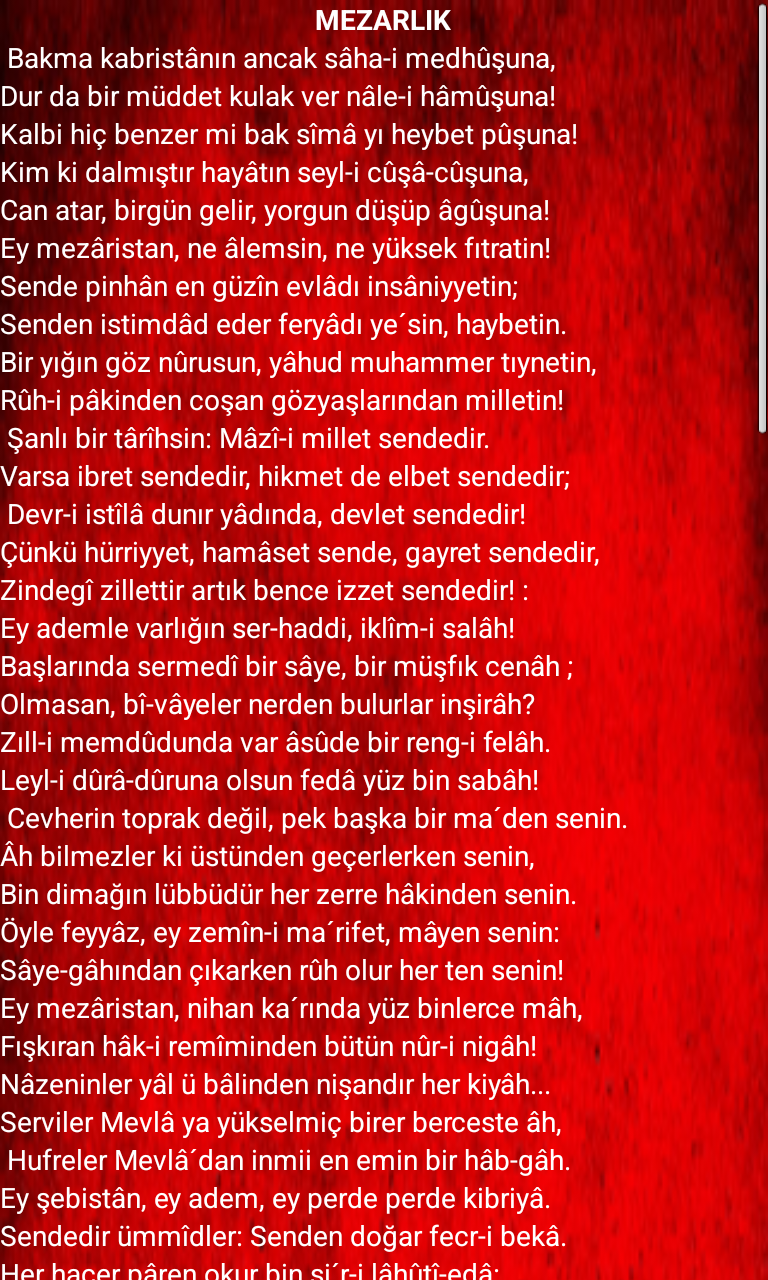
Repository: dokayazilim/Safahat-Android--Uygulamasi
Layout: safahat(android)/Safahat/res/layout/kitap9.xml
The author's editor kept a copy of each file at every save. The layout is drawn from the files as they stood at one save, then again after the next save.
It is drawn on a 768 x 1280 px phone screen (xhdpi) without system bars, with theme android:Theme; the app's code is not run.

Above is the layout before, as saved 2012-09-06 11:14:35.

### safahat(android)/Safahat/res/layout/kitap9.xml
<?xml version="1.0" encoding="utf-8"?>
<ScrollView    android:id="@+id/widget1"    android:layout_width="fill_parent"    android:layout_height="fill_parent"    xmlns:android="http://schemas.android.com/apk/res/android"    >
<LinearLayout xmlns:android="http://schemas.android.com/apk/res/android"
    android:layout_width="fill_parent"
    android:layout_height="fill_parent"
    android:orientation="vertical" android:background="@drawable/androidturk">

    <TextView
        android:id="@+id/textView1"
        android:layout_width="wrap_content"
        android:layout_height="wrap_content"
        android:text="MEZARLIK" android:textColor="#ffffff" android:layout_gravity="center" android:textStyle="bold"/>
<TextView
        android:id="@+id/textView2"
        android:layout_width="wrap_content"
        android:layout_height="wrap_content"
        android:text="
Bakma kabristânın ancak sâha-i medhûşuna,
" android:textColor="#ffffff" />
<TextView
        android:id="@+id/textView3"
        android:layout_width="wrap_content"
        android:layout_height="wrap_content"
        android:text="Dur da bir müddet kulak ver nâle-i hâmûşuna! " android:textColor="#ffffff" />
<TextView
        android:id="@+id/textView4"
        android:layout_width="wrap_content"
        android:layout_height="wrap_content"
        android:text="Kalbi hiç benzer mi bak sîmâ yı heybet pûşuna! " android:textColor="#ffffff" />
<TextView
        android:id="@+id/textView5"
        android:layout_width="wrap_content"
        android:layout_height="wrap_content"
        android:text="Kim ki dalmıştır hayâtın seyl-i cûşâ-cûşuna, " android:textColor="#ffffff" />
<TextView
        android:id="@+id/textView6"
        android:layout_width="wrap_content"
        android:layout_height="wrap_content"
        android:text="Can atar, birgün gelir, yorgun düşüp âgûşuna! " android:textColor="#ffffff" />
<TextView
        android:id="@+id/textView7"
        android:layout_width="wrap_content"
        android:layout_height="wrap_content"
        android:text="Ey mezâristan, ne âlemsin, ne yüksek fıtratin! " android:textColor="#ffffff" />
<TextView
        android:id="@+id/textView8"
        android:layout_width="wrap_content"
        android:layout_height="wrap_content"
        android:text="Sende pinhân en güzîn evlâdı insâniyyetin;
" android:textColor="#ffffff" />
<TextView
        android:id="@+id/textView9"
        android:layout_width="wrap_content"
        android:layout_height="wrap_content"
        android:text="Senden istimdâd eder feryâdı ye´sin, haybetin. " android:textColor="#ffffff" />
<TextView
        android:id="@+id/textView10"
        android:layout_width="wrap_content"
        android:layout_height="wrap_content"
        android:text="Bir yığın göz nûrusun, yâhud muhammer tıynetin,
" android:textColor="#ffffff" />
<TextView
        android:id="@+id/textView11"
        android:layout_width="wrap_content"
        android:layout_height="wrap_content"
        android:text="Rûh-i pâkinden coşan gözyaşlarından milletin! " android:textColor="#ffffff" />
<TextView
        android:id="@+id/textView12"
        android:layout_width="wrap_content"
        android:layout_height="wrap_content"
        android:text="
Şanlı bir târîhsin: Mâzî-i millet sendedir.
" android:textColor="#ffffff" />
<TextView
        android:id="@+id/textView13"
        android:layout_width="wrap_content"
        android:layout_height="wrap_content"
        android:text="Varsa ibret sendedir, hikmet de elbet sendedir; " android:textColor="#ffffff" />
<TextView
        android:id="@+id/textView14"
        android:layout_width="wrap_content"
        android:layout_height="wrap_content"
        android:text="
Devr-i istîlâ dunır yâdında, devlet sendedir!
" android:textColor="#ffffff" />
<TextView
        android:id="@+id/textView15"
        android:layout_width="wrap_content"
        android:layout_height="wrap_content"
        android:text="Çünkü hürriyyet, hamâset sende, gayret sendedir, " android:textColor="#ffffff" />
<TextView
        android:id="@+id/textView16"
        android:layout_width="wrap_content"
        android:layout_height="wrap_content"
        android:text="Zindegî zillettir artık bence izzet sendedir! :" android:textColor="#ffffff" />
<TextView
        android:id="@+id/textView17"
        android:layout_width="wrap_content"
        android:layout_height="wrap_content"
        android:text="Ey ademle varlığın ser-haddi, iklîm-i salâh! " android:textColor="#ffffff" />
<TextView
        android:id="@+id/textView18"
        android:layout_width="wrap_content"
        android:layout_height="wrap_content"
        android:text="Başlarında sermedî bir sâye, bir müşfık cenâh ;" android:textColor="#ffffff" />
<TextView
        android:id="@+id/textView19"
        android:layout_width="wrap_content"
        android:layout_height="wrap_content"
        android:text="Olmasan, bî-vâyeler nerden bulurlar inşirâh? " android:textColor="#ffffff" />
<TextView
        android:id="@+id/textView20"
        android:layout_width="wrap_content"
        android:layout_height="wrap_content"
        android:text="Zıll-i memdûdunda var âsûde bir reng-i felâh. " android:textColor="#ffffff" />
<TextView
        android:id="@+id/textView21"
        android:layout_width="wrap_content"
        android:layout_height="wrap_content"
        android:text="Leyl-i dûrâ-dûruna olsun fedâ yüz bin sabâh! " android:textColor="#ffffff" />
<TextView
        android:id="@+id/textView22"
        android:layout_width="wrap_content"
        android:layout_height="wrap_content"
        android:text="
Cevherin toprak değil, pek başka bir ma´den senin.
" android:textColor="#ffffff" />
<TextView
        android:id="@+id/textView23"
        android:layout_width="wrap_content"
        android:layout_height="wrap_content"
        android:text="Âh bilmezler ki üstünden geçerlerken senin, " android:textColor="#ffffff" />
<TextView
        android:id="@+id/textView24"
        android:layout_width="wrap_content"
        android:layout_height="wrap_content"
        android:text="Bin dimağın lübbüdür her zerre hâkinden senin.
" android:textColor="#ffffff" />
<TextView
        android:id="@+id/textView25"
        android:layout_width="wrap_content"
        android:layout_height="wrap_content"
        android:text="Öyle feyyâz, ey zemîn-i ma´rifet, mâyen senin: " android:textColor="#ffffff" />
<TextView
        android:id="@+id/textView26"
        android:layout_width="wrap_content"
        android:layout_height="wrap_content"
        android:text="Sâye-gâhından çıkarken rûh olur her ten senin! " android:textColor="#ffffff" />
<TextView
        android:id="@+id/textView27"
        android:layout_width="wrap_content"
        android:layout_height="wrap_content"
        android:text="Ey mezâristan, nihan ka´rında yüz binlerce mâh, " android:textColor="#ffffff" />
<TextView
        android:id="@+id/textView28"
        android:layout_width="wrap_content"
        android:layout_height="wrap_content"
        android:text="Fışkıran hâk-i remîminden bütün nûr-i nigâh! " android:textColor="#ffffff" />
<TextView
        android:id="@+id/textView29"
        android:layout_width="wrap_content"
        android:layout_height="wrap_content"
        android:text="Nâzeninler yâl ü bâlinden nişandır her kiyâh... " android:textColor="#ffffff" />
<TextView
        android:id="@+id/textView30"
        android:layout_width="wrap_content"
        android:layout_height="wrap_content"
        android:text="Serviler Mevlâ ya yükselmiç birer berceste âh, " android:textColor="#ffffff" />
<TextView
        android:id="@+id/textView31"
        android:layout_width="wrap_content"
        android:layout_height="wrap_content"
        android:text="
Hufreler Mevlâ´dan inmii en emin bir hâb-gâh.
" android:textColor="#ffffff" />
<TextView
        android:id="@+id/textView32"
        android:layout_width="wrap_content"
        android:layout_height="wrap_content"
        android:text="Ey şebistân, ey adem, ey perde perde kibriyâ. " android:textColor="#ffffff" />
<TextView
        android:id="@+id/textView33"
        android:layout_width="wrap_content"
        android:layout_height="wrap_content"
        android:text="Sendedir ümmîdler: Senden doğar fecr-i bekâ. " android:textColor="#ffffff" />
<TextView
        android:id="@+id/textView34"
        android:layout_width="wrap_content"
        android:layout_height="wrap_content"
        android:text="Her hacer pâren okur bin şi´r-i lâhûtî-edâ; " android:textColor="#ffffff" />
<TextView
        android:id="@+id/textView35"
        android:layout_width="wrap_content"
        android:layout_height="wrap_content"
        android:text="Her neşîden rûhu eyler sennediyyet-âçinâ. " android:textColor="#ffffff" />
<TextView
        android:id="@+id/textView36"
        android:layout_width="wrap_content"
        android:layout_height="wrap_content"
        android:text="Ey semâvî hâk, benden bin selâm olsun sana. " android:textColor="#ffffff" />
<TextView
        android:id="@+id/textView37"
        android:layout_width="wrap_content"
        android:layout_height="wrap_content"
        android:text="
Sıkınca rûhumu ba´zen metâlibiyle hayât,
" android:textColor="#ffffff" />
<TextView
        android:id="@+id/textView38"
        android:layout_width="wrap_content"
        android:layout_height="wrap_content"
        android:text="Olur yegâne mesîrem mahalle-i emvât. " android:textColor="#ffffff" />
<TextView
        android:id="@+id/textView39"
        android:layout_width="wrap_content"
        android:layout_height="wrap_content"
        android:text="Muhît-i velvele-dârında zindegânînin, " android:textColor="#ffffff" />
<TextView
        android:id="@+id/textView40"
        android:layout_width="wrap_content"
        android:layout_height="wrap_content"
        android:text="
Ferâğ-ı dâimi yoktur hayât-ı sânînin.
" android:textColor="#ffffff" />
<TextView
        android:id="@+id/textView41"
        android:layout_width="wrap_content"
        android:layout_height="wrap_content"
        android:text="Ne levs-i hırs ü mezellet zemîn-i pâkinde, " android:textColor="#ffffff" />
<TextView
        android:id="@+id/textView42"
        android:layout_width="wrap_content"
        android:layout_height="wrap_content"
        android:text="Ne hây ü hûy-i maîşet harîm-i hâkinde, " android:textColor="#ffffff" />
<TextView
        android:id="@+id/textView43"
        android:layout_width="wrap_content"
        android:layout_height="wrap_content"
        android:text="Bu kâinât-ı huzûnın fezâ yı sâmitini " android:textColor="#ffffff" />
<TextView
        android:id="@+id/textView44"
        android:layout_width="wrap_content"
        android:layout_height="wrap_content"
        android:text="Görünce, ömr-i perîşânımın merâretini, " android:textColor="#ffffff" />
<TextView
        android:id="@+id/textView45"
        android:layout_width="wrap_content"
        android:layout_height="wrap_content"
        android:text="Velev bir ân için olsun atıp hayâlimden, " android:textColor="#ffffff" />
<TextView
        android:id="@+id/textView46"
        android:layout_width="wrap_content"
        android:layout_height="wrap_content"
        android:text="Uzaklaşır giderim mâsivâya artık ben. " android:textColor="#ffffff" />
<TextView
        android:id="@+id/textView47"
        android:layout_width="wrap_content"
        android:layout_height="wrap_content"
        android:text="Şu mâsivâ denilen kayd-ı ukde ber-ukde " android:textColor="#ffffff" />
<TextView
        android:id="@+id/textView48"
        android:layout_width="wrap_content"
        android:layout_height="wrap_content"
        android:text="Kırılmadan olamaz ruh bir dem âsûde.  " android:textColor="#ffffff" />
<TextView
        android:id="@+id/textView49"
        android:layout_width="wrap_content"
        android:layout_height="wrap_content"
        android:text="Fakat kırılmak için böyle bir zemîn ister... " android:textColor="#ffffff" />
<TextView
        android:id="@+id/textView50"
        android:layout_width="wrap_content"
        android:layout_height="wrap_content"
        android:text="Zemîn değil yalınız, kalb-i âhenin ister! " android:textColor="#ffffff" />
<TextView
        android:id="@+id/textView51"
        android:layout_width="wrap_content"
        android:layout_height="wrap_content"
        android:text="Geçen sabâh idi Eyyûb´a doğru çıkmıştım. " android:textColor="#ffffff" />
<TextView
        android:id="@+id/textView52"
        android:layout_width="wrap_content"
        android:layout_height="wrap_content"
        android:text="Aşıp da sûrunu şehrin atınca birkaç adım, " android:textColor="#ffffff" />
<TextView
        android:id="@+id/textView53"
        android:layout_width="wrap_content"
        android:layout_height="wrap_content"
        android:text="
Ufuk değişti, önümden çekildi eski cihan;
" android:textColor="#ffffff" />
<TextView
        android:id="@+id/textView54"
        android:layout_width="wrap_content"
        android:layout_height="wrap_content"
        android:text="
Göründü karşıda füshat-serâ yı kabristan.
" android:textColor="#ffffff" />
<TextView
        android:id="@+id/textView55"
        android:layout_width="wrap_content"
        android:layout_height="wrap_content"
        android:text="Fakat o bir koca deryâ-yı sermediyyet idi, " android:textColor="#ffffff" />
<TextView
        android:id="@+id/textView56"
        android:layout_width="wrap_content"
        android:layout_height="wrap_content"
        android:text="Ki her haziyre-i sengîni mevc-i müncemidi! " android:textColor="#ffffff" />
<TextView
        android:id="@+id/textView57"
        android:layout_width="wrap_content"
        android:layout_height="wrap_content"
        android:text="Kenarda durmıyarak girdim en derin yerine, " android:textColor="#ffffff" />
<TextView
        android:id="@+id/textView58"
        android:layout_width="wrap_content"
        android:layout_height="wrap_content"
        android:text="Oturdum arkamı verdim de taşlann birine. " android:textColor="#ffffff" />
<TextView
        android:id="@+id/textView59"
        android:layout_width="wrap_content"
        android:layout_height="wrap_content"
        android:text="Ridâ-yı samte bürünmüş bütün yesâr ü yemîn, " android:textColor="#ffffff" />
<TextView
        android:id="@+id/textView60"
        android:layout_width="wrap_content"
        android:layout_height="wrap_content"
        android:text="Huzûr içinde ağaçlar, sükûn içinde zemîn. " android:textColor="#ffffff" />
<TextView
        android:id="@+id/textView61"
        android:layout_width="wrap_content"
        android:layout_height="wrap_content"
        android:text="
Bütün o yükselen emvâc, o bî-nihâye deniz,
" android:textColor="#ffffff" />
<TextView
        android:id="@+id/textView62"
        android:layout_width="wrap_content"
        android:layout_height="wrap_content"
        android:text="Derin bir uykuya dalmıştı, her taraf sessiz. " android:textColor="#ffffff" />
<TextView
        android:id="@+id/textView63"
        android:layout_width="wrap_content"
        android:layout_height="wrap_content"
        android:text="Yavaş yavaş açılıp perde-i likâ yı muhit; " android:textColor="#ffffff" />
<TextView
        android:id="@+id/textView64"
        android:layout_width="wrap_content"
        android:layout_height="wrap_content"
        android:text="
Harîm-i rûhumu doldurdu kibriyâ-yı muhit.
" android:textColor="#ffffff" />
<TextView
        android:id="@+id/textView65"
        android:layout_width="wrap_content"
        android:layout_height="wrap_content"
        android:text="Fakat bu beste-i lâhût nerden aksediyor, " android:textColor="#ffffff" />
<TextView
        android:id="@+id/textView66"
        android:layout_width="wrap_content"
        android:layout_height="wrap_content"
        android:text="Ki 'Ellezî halâka´l-mevte ve´l-hayâte... ' diyor? " android:textColor="#ffffff" />
<TextView
        android:id="@+id/textView67"
        android:layout_width="wrap_content"
        android:layout_height="wrap_content"
        android:text="Nedir samîm-i sükûnette böyle bir feryâd? " android:textColor="#ffffff" />
<TextView
        android:id="@+id/textView68"
        android:layout_width="wrap_content"
        android:layout_height="wrap_content"
        android:text="Neşîde Hâlik´ın, ammâ kim eyliyor inşâd? " android:textColor="#ffffff" />
<TextView
        android:id="@+id/textView69"
        android:layout_width="wrap_content"
        android:layout_height="wrap_content"
        android:text="Zaman zaman ederek yükselen terâne hurûş, " android:textColor="#ffffff" />
<TextView
        android:id="@+id/textView70"
        android:layout_width="wrap_content"
        android:layout_height="wrap_content"
        android:text="Enîne başladı nâgâh kâinât-ı hamûş! " android:textColor="#ffffff" />
<TextView
        android:id="@+id/textView71"
        android:layout_width="wrap_content"
        android:layout_height="wrap_content"
        android:text="O serviler müteheyyic cemâ´at-i kübrâ " android:textColor="#ffffff" />
<TextView
        android:id="@+id/textView72"
        android:layout_width="wrap_content"
        android:layout_height="wrap_content"
        android:text="Kesildi... Her birisinden duyuldu aynı sadâ. " android:textColor="#ffffff" />
<TextView
        android:id="@+id/textView73"
        android:layout_width="wrap_content"
        android:layout_height="wrap_content"
        android:text="Mekâbir inledi, taşlar birer lisân oldu; " android:textColor="#ffffff" />
<TextView
        android:id="@+id/textView74"
        android:layout_width="wrap_content"
        android:layout_height="wrap_content"
        android:text="Kitâbeler de o taşlarla hem-zebân oldu. " android:textColor="#ffffff" />
<TextView
        android:id="@+id/textView75"
        android:layout_width="wrap_content"
        android:layout_height="wrap_content"
        android:text="Görünce zinde bütün mahşer-i heyûlâyı, " android:textColor="#ffffff" />
<TextView
        android:id="@+id/textView76"
        android:layout_width="wrap_content"
        android:layout_height="wrap_content"
        android:text="Mezâra rûh veren nefh-i pâk-i Mevlâyı, " android:textColor="#ffffff" />
<TextView
        android:id="@+id/textView77"
        android:layout_width="wrap_content"
        android:layout_height="wrap_content"
        android:text="Hayâle daldım; o füshat-serâ yı dûrâ-dûr " android:textColor="#ffffff" />
<TextView
        android:id="@+id/textView78"
        android:layout_width="wrap_content"
        android:layout_height="wrap_content"
        android:text="Göründü dîde-i medhûşa bir cihân-ı nüşûr! " android:textColor="#ffffff" />
<TextView
        android:id="@+id/textView79"
        android:layout_width="wrap_content"
        android:layout_height="wrap_content"
        android:text="Kefen be-dûş-i bekâ bî-nihâye ecsâdın, " android:textColor="#ffffff" />
<TextView
        android:id="@+id/textView80"
        android:layout_width="wrap_content"
        android:layout_height="wrap_content"
        android:text="O, dehri hîçe sayan, kârbân-ı ecdâdın" android:textColor="#ffffff" />
<TextView
        android:id="@+id/textView81"
        android:layout_width="wrap_content"
        android:layout_height="wrap_content"
        android:text="
Akın akın geçerek pîşgâh-ı izzette,
" android:textColor="#ffffff" />
<TextView
        android:id="@+id/textView82"
        android:layout_width="wrap_content"
        android:layout_height="wrap_content"
        android:text="-Muhît-i havf ü recâdan makâm-ı hayrette- " android:textColor="#ffffff" />
<TextView
        android:id="@+id/textView83"
        android:layout_width="wrap_content"
        android:layout_height="wrap_content"
        android:text="Kıyâm-ı aczini seyreyledim... Ne dehşetmiş " android:textColor="#ffffff" />
<TextView
        android:id="@+id/textView84"
        android:layout_width="wrap_content"
        android:layout_height="wrap_content"
        android:text="Sücûd-i hilkati görmek huzûr-i kudrette! " android:textColor="#ffffff" />
<TextView
        android:id="@+id/textView85"
        android:layout_width="wrap_content"
        android:layout_height="wrap_content"
        android:text="Bu herc ü merc-i kıyâmet-nümûna hâkim olan " android:textColor="#ffffff" />
<TextView
        android:id="@+id/textView86"
        android:layout_width="wrap_content"
        android:layout_height="wrap_content"
        android:text="Hatîb-i âlem-i ulvî nihâyet oldu iyan:
Gözüm, uzaktaki bir medfenin ayak ucuna
" android:textColor="#ffffff" />
<TextView
        android:id="@+id/textView87"
        android:layout_width="wrap_content"
        android:layout_height="wrap_content"
        android:text="Çöküp ziyâret eden, bir çocukla bir kadına " android:textColor="#ffffff" />
<TextView
        android:id="@+id/textView88"
        android:layout_width="wrap_content"
        android:layout_height="wrap_content"
        android:text="İlişti. Sonra biraz yaklaşınca, iyiden iyi
Tezâhür eyledi: Baktım, çocuk Tebâreke' yi
" android:textColor="#ffffff" />
<TextView
        android:id="@+id/textView89"
        android:layout_width="wrap_content"
        android:layout_height="wrap_content"
        android:text="Evet, bu yavruların hepsi, pür sürûd-i şebâb," android:textColor="#ffffff" />
<TextView
        android:id="@+id/textView90"
        android:layout_width="wrap_content"
        android:layout_height="wrap_content"
        android:text="Eder dururdu birer âşiyân-ı nûra şitâb." android:textColor="#ffffff" />
<TextView
        android:id="@+id/textView91"
        android:layout_width="wrap_content"
        android:layout_height="wrap_content"
        android:text="Birazdan oynıyacak hepsi bunların, ne iyi!" android:textColor="#ffffff" />
<TextView
        android:id="@+id/textView92"
        android:layout_width="wrap_content"
        android:layout_height="wrap_content"
        android:text="Fakat Hasan, babasından kalan o pis küfeyi," android:textColor="#ffffff" />
<TextView
        android:id="@+id/textView93"
        android:layout_width="wrap_content"
        android:layout_height="wrap_content"
        android:text="-Ki ezmek istedi görmekle reh-güzârında-" android:textColor="#ffffff" />
<TextView
        android:id="@+id/textView94"
        android:layout_width="wrap_content"
        android:layout_height="wrap_content"
        android:text="İlel'ebed çekecek dûş-i ıztırârında!" android:textColor="#ffffff" />
<TextView
        android:id="@+id/textView95"
        android:layout_width="wrap_content"
        android:layout_height="wrap_content"
        android:text="
O, yük değil, kaderin bir cezâsı ma'sûma...
" android:textColor="#ffffff" />
<TextView
        android:id="@+id/textView96"
        android:layout_width="wrap_content"
        android:layout_height="wrap_content"
        android:text="Yazık, günâhı nedir, bilmeyen şu mahkûma!" android:textColor="#ffffff" />
<TextView
        android:id="@+id/textView97"
        android:layout_width="wrap_content"
        android:layout_height="wrap_content"
        android:text="Mehmet Akif ERSOY" android:textColor="#ffffff" android:textStyle="bold"/>

</LinearLayout>
</ScrollView>

After the next save:
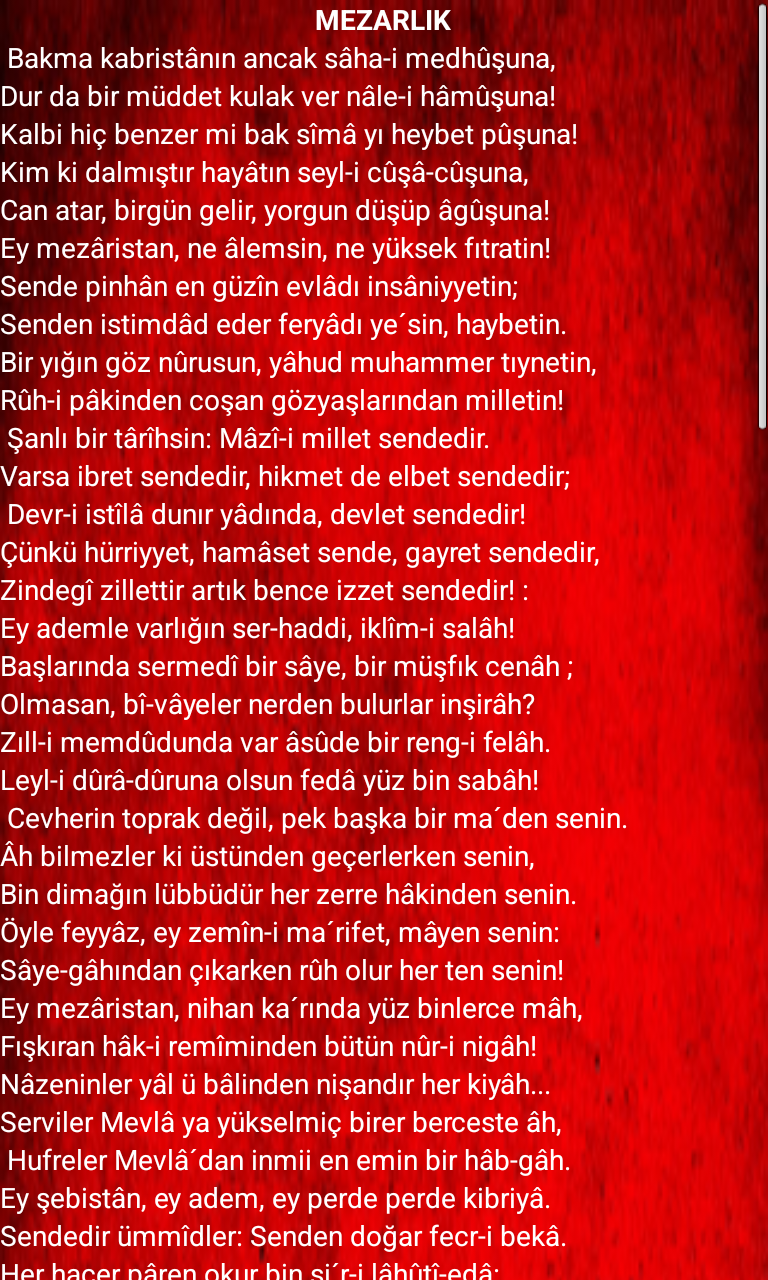
Saved 15 s later.
--- a/safahat(android)/Safahat/res/layout/kitap9.xml
+++ b/safahat(android)/Safahat/res/layout/kitap9.xml
@@ -480,7 +480,9 @@ Tezâhür eyledi: Baktım, çocuk Tebâreke' yi
         android:id="@+id/textView89"
         android:layout_width="wrap_content"
         android:layout_height="wrap_content"
-        android:text="Evet, bu yavruların hepsi, pür sürûd-i şebâb," android:textColor="#ffffff" />
+        android:text="Kemâl-i vecd ile ezber tilâvet eylemede;
+Yanında annesi gözyaşlarıyle dinlemede
+" android:textColor="#ffffff" />
 <TextView
         android:id="@+id/textView90"
         android:layout_width="wrap_content"
